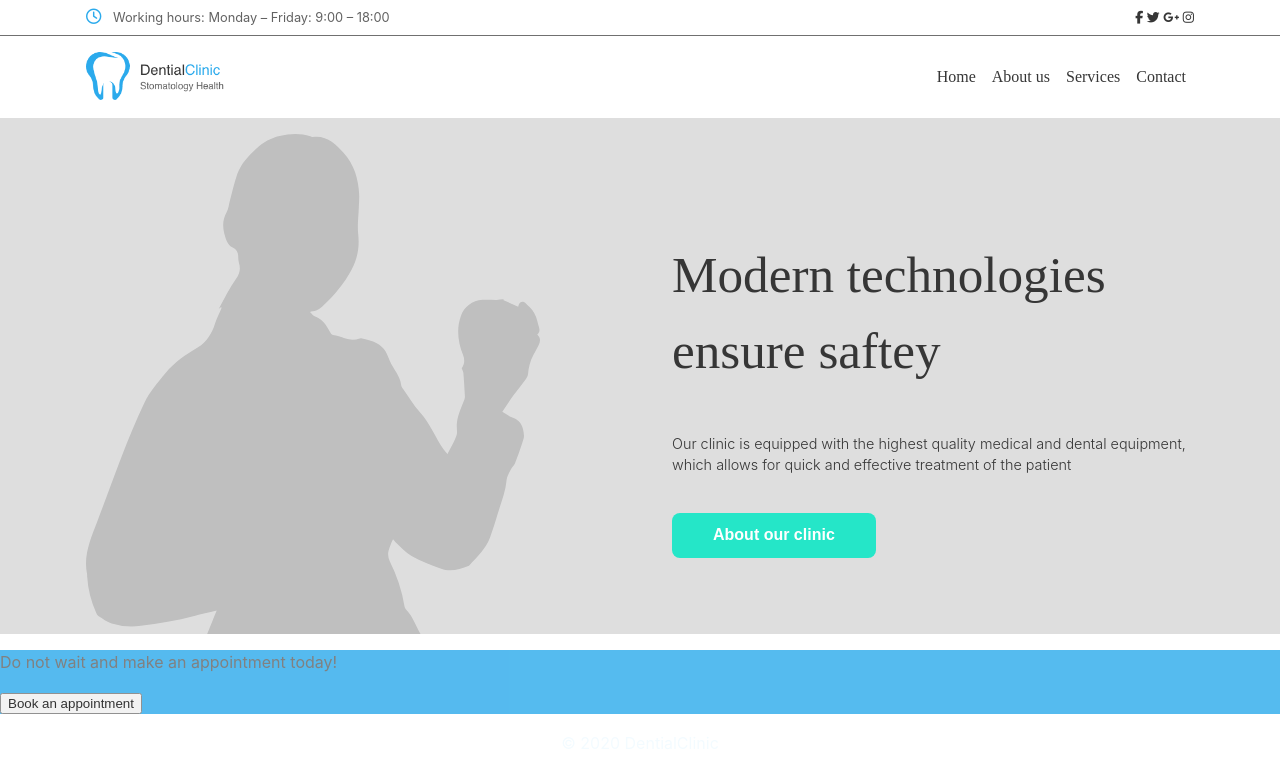
Repository: skepp4rn/uppgift1
Page: index.html
These files come from the project's save history. The page is drawn as it stood at one moment and after the next save; the edit follows.
The browser window is 1280 px wide. The pictures show the whole page.
Some web libraries are served in a nearby version.

Above is the page before, as saved 2020-12-03 14:07:50.

### index.html
<!DOCTYPE html>
<html lang="en">
<head>
    <meta charset="UTF-8">
    <meta name="viewport" content="width=device-width, initial-scale=1.0">
    <title>Document</title>

    <script src="https://kit.fontawesome.com/0abbda2fd3.js" crossorigin="anonymous"></script>
    <link rel="stylesheet" href="style.css">
</head>
<body>

    <nav class="navbar-top collapse">
        <div class="container">
            <div class="hours">
                <i class="far fa-clock"></i>
                Working hours: Monday – Friday: 9:00 – 18:00
            </div>
            <div class="#">
                <a href="#"><i class="fab fa-facebook-f"></i></a>
                <a href="#"><i class="fab fa-twitter"></i></a>
                <a href="#"><i class="fab fa-google-plus-g"></i></a>
                <a href="#"><i class="fab fa-instagram"></i></a>
            </div>
        </div>
    </nav>

    <nav class="navbar ">
        <div class="container">
            <a class="navbar-brand" href="#" >
                <img src="images/Logo.png" alt="">
            </a>
            <button class="navbar-toggler">
                <i class="fas fa-bars"></i>
            </button>
            <div class="collapse navbar-collapse">
                <div class="navbar-nav">
                    <a class="nav-link" href="#">Home</a>
                    <a class="nav-link" href="#">About us</a>
                    <a class="nav-link" href="#">Services</a>
                    <a class="nav-link" href="#">Contact</a>
                </div>
            </div>
        </div>
    </nav>

    <section id="showcase" class="bg-gray">
        <div class="container">
            <img src="images/placehold-girl.svg" alt="">
            <div class="content-box">
                <div class="content">
                    <h1>Modern technologies ensure saftey</h1>
                    <p>Our clinic is equipped with the highest quality medical and dental equipment, which allows for quick and effective treatment of the patient</p>
                    <button class="btn btn-green">About our clinic</button>
                </div>
            </div>
        </div>
    </section>












   <div class="grid">
        <section id="appointment bg-gray">
            <div class="bg-blue overlay">
                <div class="center-content">
                    <p>Do not wait and make an appointment today!</p>
                    <button>Book an appointment</button>
                </div>
            </div>
        </section>
        <footer class="d-flex justify-content-center bg-blue">
            <p>© 2020 DentialClinic</p>
        </footer>
    </div>

</body>
</html>

### style.css
* {
    box-sizing: border-box;
}

html, body {
    font-weight: 400;
    font-family: -apple-system, BlinkMacSystemFont, 'Segoe UI', Roboto, Oxygen, Ubuntu, Cantarell, 'Open Sans', 'Helvetica Neue', sans-serif;
    line-height: 1.5;
    font-size: 16px;
    margin: 0;
    padding: 0;
    color: #626262;
}

.border {
    border: 1px solid black;
}

a {
    color: #363636;
    text-decoration: none;
    background-color: transparent;
}

a:hover {
    color: #25E6C8;
}

.bg-dark {
   background: #333333;
   color: #ffffff;
}

.bg-light {
    background: #f7f7f7;
    color: #333333;
}

.bg-gray {
    background-color: #DEDEDE;

}



.btn {
    display: inline-block;
    font-weight: 400;
    text-align: center;
    vertical-align: middle;
    padding: 0.80rem 2.5rem;
    border-radius: 0.5rem;
    border: 1px solid transparent;
    background-color: transparent;
    font-size: 1rem;

}

.btn-green {
    color: #ffffff;
    background-color: #25E6C8;
    font-weight: bold;
    margin-top: 1.4rem;


}

.btn-green:hover {
    cursor: pointer;
    background-color: #2BAAEC;
}



.collapse:not(.show) {
    display: none;
}

.container {
    width: 100%;
    padding: 0 1rem;
    margin: 0 auto;
}

.navbar-top {
    border-bottom: 1px solid #707070;
}

.navbar, .navbar-top {
    display: flex;
    justify-content: space-between;
    padding: 0.5rem 1rem;
}

.navbar .container, .navbar-top .container {
    display: flex;
    justify-content: space-between;
    align-items: center;
}

.navbar-top .container {
    font-size: 0.8rem;
}

.navbar-top .container .hours {
    color:#626262;
}

.navbar-top .container .hours i {
    color: #2BAAEC;
    margin-right: 0.5rem;
    font-size: 1.2em;
}

.navbar-top .container .socialmedia a {
    margin: 0 0.5rem;

}

.navbar-brand {
    display: inline-block;
    font-size: 1.5rem;
    color: black;
    margin-right: 1rem;
}

.navbar-brand img {
    height: 3rem;
    margin-top: 0.5rem;
}


.navbar-toggler {
    font-size: 2.5rem;
    color:#2BAAEC;
    background-color: transparent;
    border: 1px solid transparent;
}

.navbar-collapse {
    align-items: center;
}

.navbar-nav {
    display: flex;
    flex-direction: column;
    font-family: 'Roboto Slab', serif;

}

.nav-link {
    padding: 0;
    text-decoration: none;
}



#showcase .container {
    display: grid;
    grid-template-columns: 1fr 1fr;
    column-gap: 4rem;

    align-items: center;
}

#showcase .container img {
    height: 500px;
    margin-top: 1rem;


}

#showcase .container .content-box {
    align-self: center;
    color: #363636;
    font-weight: 300;
}

.content-box .content h1 {
    font-size: 3.2rem;
    font-family: 'Roboto Slab', serif;
    font-weight: 300;

}

.content-box .content p {
    font-size: 0.9rem;
}




.d-flex {
    display: flex;
}

.justify-content-center {
    justify-content: center;
}

#appointment {
    background-color: #DEDEDE;
}

.overlay {
    opacity: 80%;
    background-color: #2BAAEC;
}



footer {
    border-top: 1px solid rgba(255, 255, 255, 0.2);
    color: #F3FBFF;




}










@media (min-width: 768px) {
    .nav-link {
        padding-right: 0.5rem;
        padding-left: 0.5rem;
    }

    .navbar-nav {
        flex-direction: row;
    }

    .navbar-toggler {
        display: none;
    }

    .collapse:not(.show) {
        display: flex;
    }

    .container {
        max-width: 720px;
    }

}

@media (min-width: 992px) {
    .container {
        max-width: 960px;
    }
}

@media (min-width: 1200px) {
    .container {
        max-width: 1140px;
    }
}

After the next save:
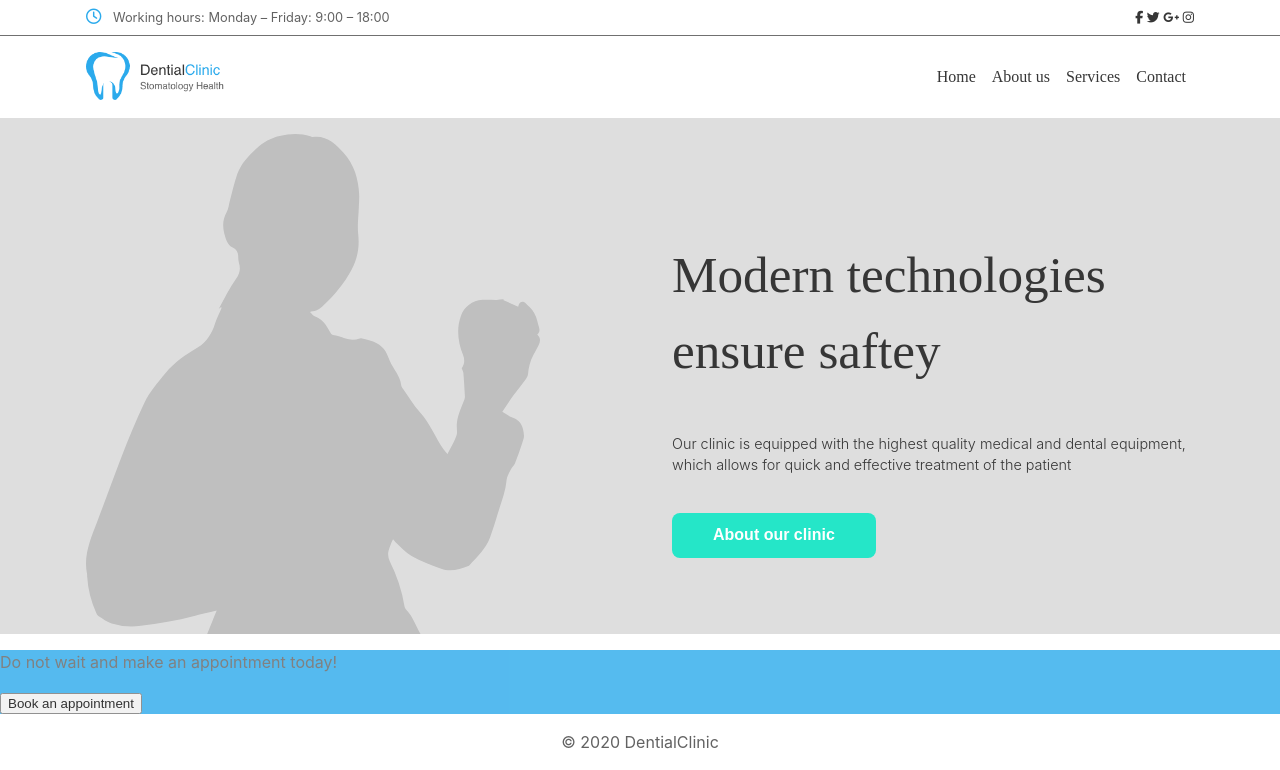
Saved 47 s later.
--- a/style.css
+++ b/style.css
@@ -207,6 +207,7 @@
     background-color: #2BAAEC;
 }
 
+.center-content
 
 
 footer {

After the save that followed:
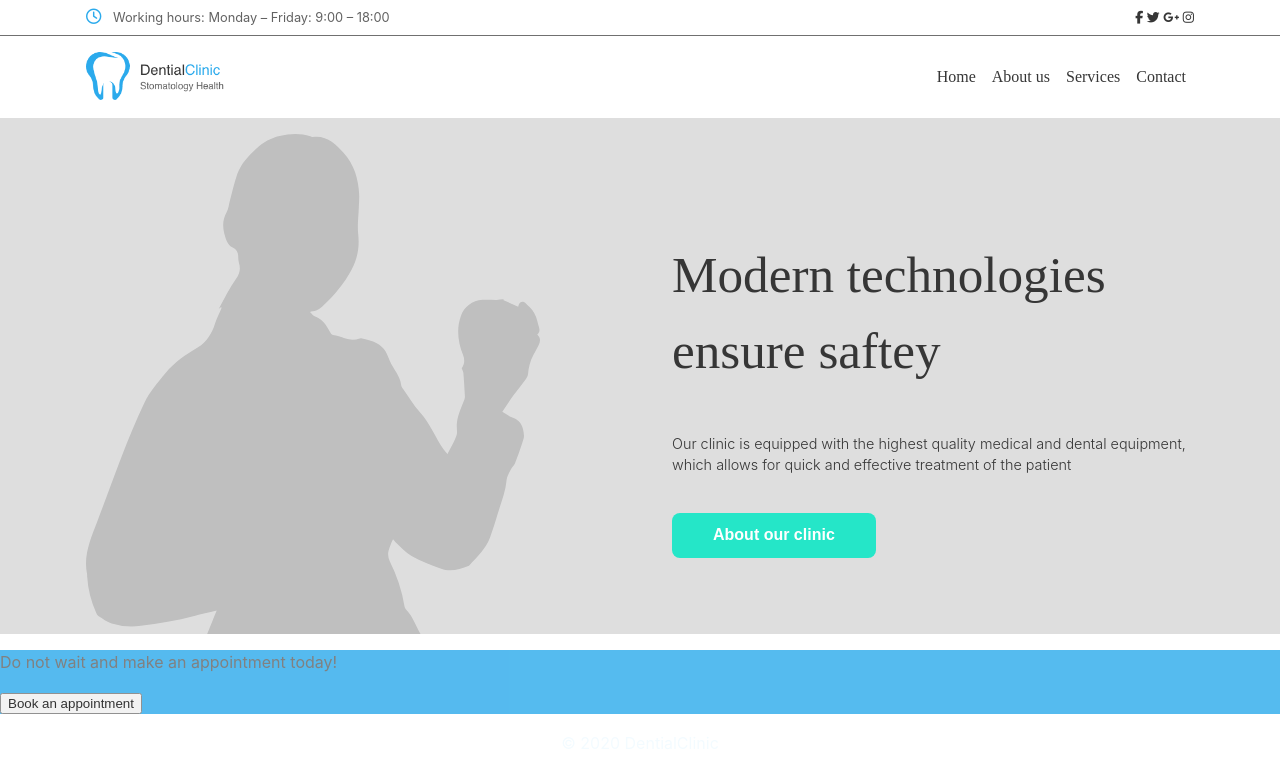
Saved 12 s later.
--- a/style.css
+++ b/style.css
@@ -207,7 +207,9 @@
     background-color: #2BAAEC;
 }
 
-.center-content
+.center-content {
+    display: block;
+}
 
 
 footer {
